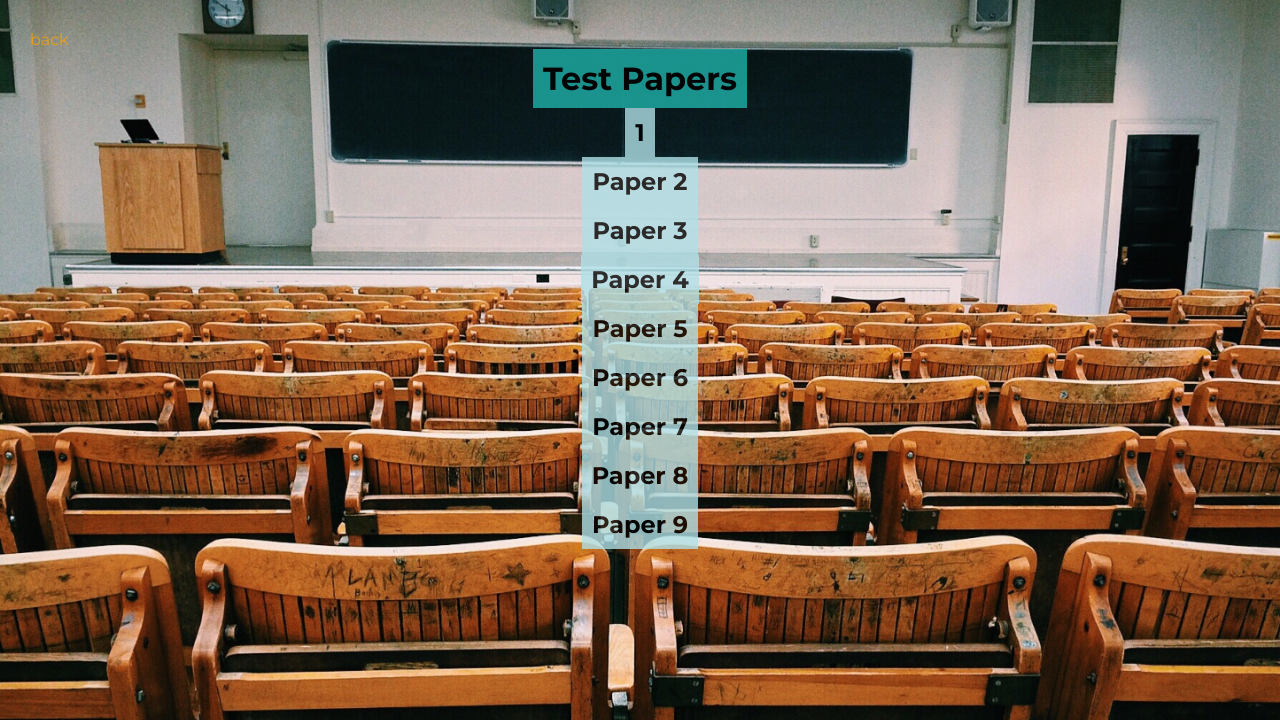
Repository: GauravBrahmbhatt/Psquare
Page: /testpage
An editor plug-in stored every save of this project. The page is shown before and after a run of saves, followed by the edit.
The browser window is 1280 px wide. The pictures show the whole page.
The project was rebuilt for these pictures with package versions that can differ from the ones it lists, and the page was loaded fresh each time. Also part of the build but not shown: src/pages/main.js, src/pages/timer.js, src/pages/TestPapers/level1.js.

Above is the page before, as saved 2020-06-18 18:30:44.

After the next 2 saves:
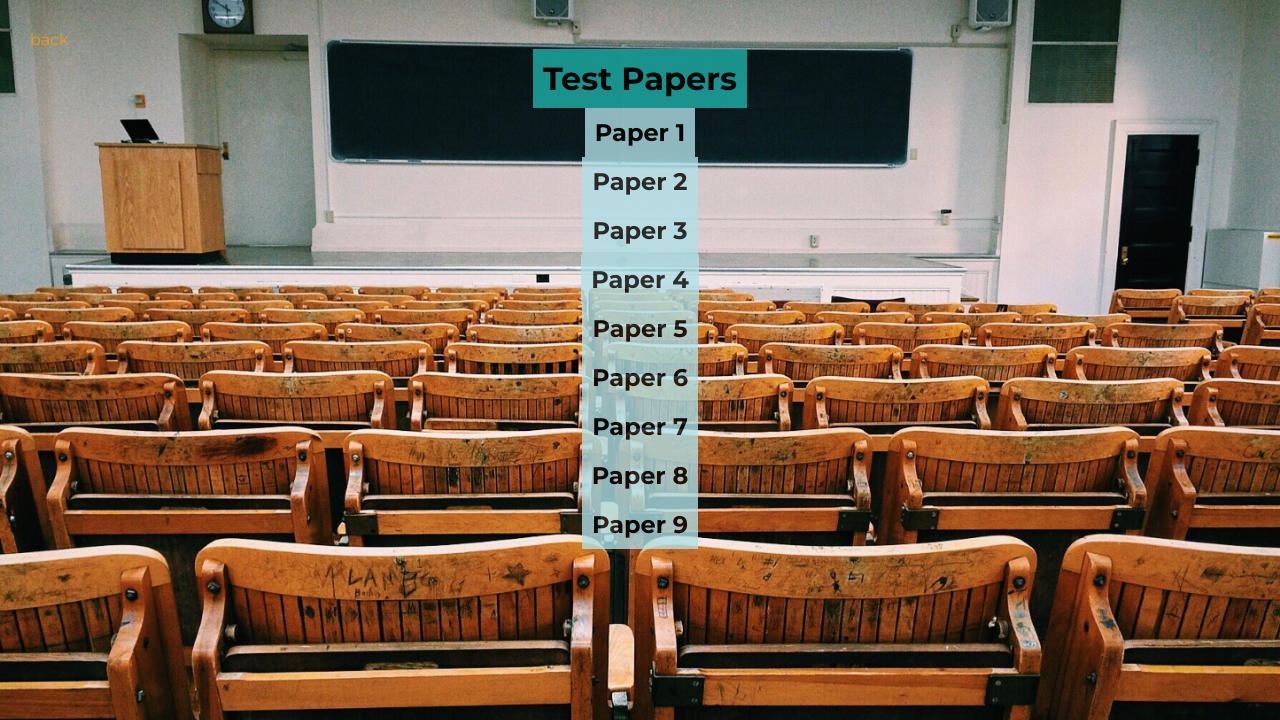
The 2 saves are shown as one change because they came seconds apart.
The last was saved 17 s later.
--- a/src/pages/TestLoader.js
+++ b/src/pages/TestLoader.js
@@ -18,7 +18,7 @@ const TestLoader = ({ location }) => {
       <Link to="/">back</Link>
       <h1 className="title1">Test Papers</h1>
       <Link to="/timedtest?p=1">
-        <p className="hover">{level}</p>
+        <p className="hover">Paper 1</p>
       </Link>
       <Link to="/timedtest?p=2">
         <p className="hover">Paper 2</p>
